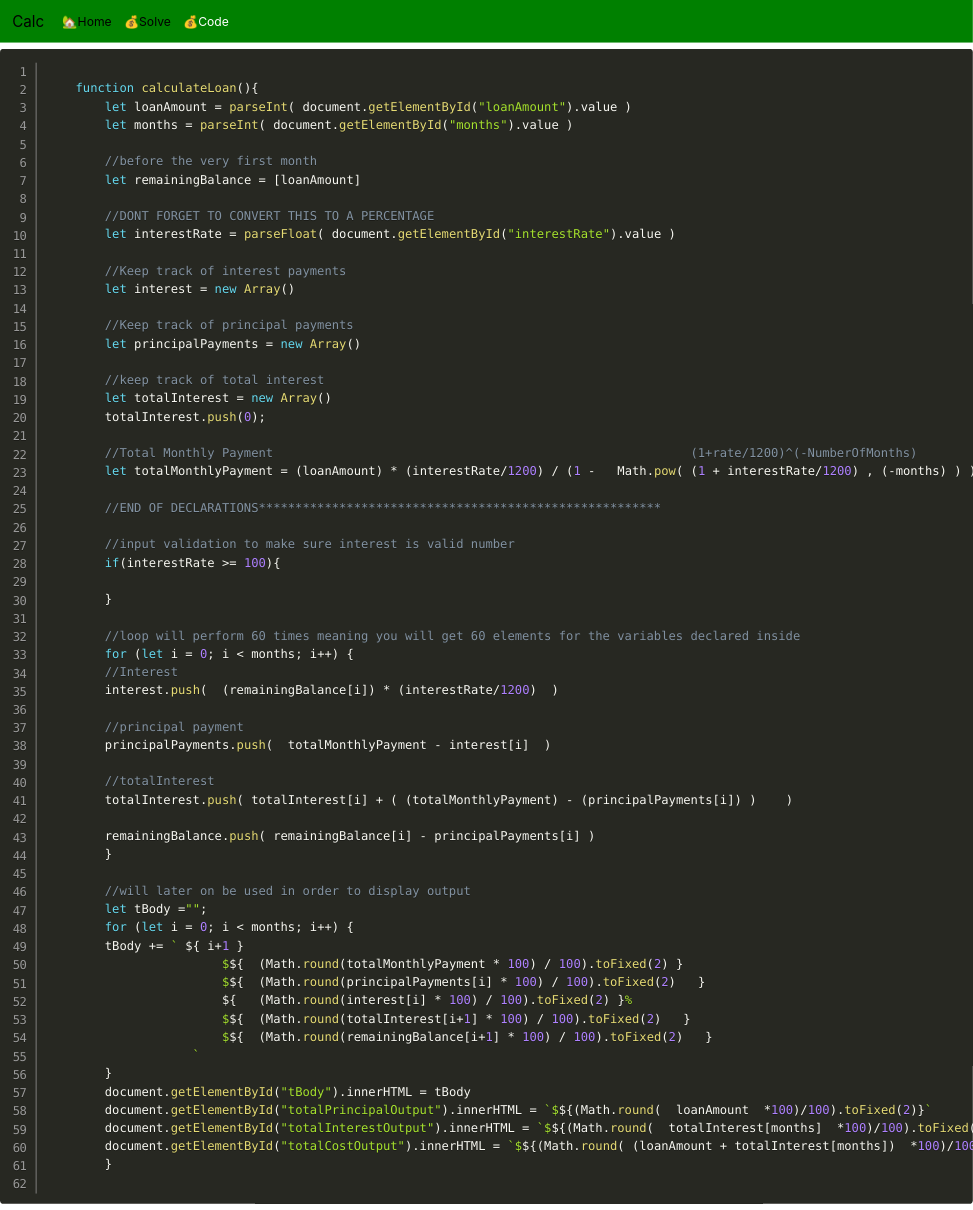
Repository: zhadjah9559/MortgageManager
Page: code.html
An editor plug-in stored every save of this project. The page is shown before and after the next save, followed by the edit.
The browser window is 1280 px wide. The pictures show the whole page, at 76% of full size.

Above is the page before, as saved 2021-01-17 14:24:29.

### code.html
<!doctype html>
<html lang="en">
  <head>
    <title>Mortgage Loan Calculator</title>
    <!-- Required meta tags -->
    <meta charset="utf-8">
    <meta name="viewport" content="width=device-width, initial-scale=1, shrink-to-fit=no">

    <!-- Bootstrap CSS -->
    <link rel="stylesheet" href="https://stackpath.bootstrapcdn.com/bootstrap/4.3.1/css/bootstrap.min.css" integrity="sha384-ggOyR0iXCbMQv3Xipma34MD+dH/1fQ784/j6cY/iJTQUOhcWr7x9JvoRxT2MZw1T" crossorigin="anonymous">
    <link rel="stylesheet" href="css/custom.css">
    <link rel="stylesheet" href="css/prism.css">
  </head>
  <body>

    <nav class="navbar navbar-expand-sm navbar-dark" style="background-color: green;">
        <a class="navbar-brand" href="#">Calc</a>
        <button class="navbar-toggler d-lg-none" type="button" data-toggle="collapse" data-target="#collapsibleNavId" aria-controls="collapsibleNavId"
            aria-expanded="false" aria-label="Toggle navigation"></button>
        <div class="collapse navbar-collapse" id="collapsibleNavId">
            <ul class="navbar-nav mr-auto mt-2 mt-lg-0">
                <li class="nav-item ">
                    <a class="nav-link" href="index.html">🏡Home</a>
                </li>
                <li class="nav-item">
                    <a class="nav-link" href="solve.html">💰Solve</a>
                </li>
                <li class="nav-item active">
                    <a class="nav-link" href="code.html">💰Code <span class="sr-only">(current)</span></a>
                </li>
            </ul>
        </div>
    </nav>

    <pre class="line-numbers language-javascript"><code class="language-javascript">
    function calculateLoan(){
        let loanAmount = parseInt( document.getElementById("loanAmount").value )
        let months = parseInt( document.getElementById("months").value )

        //before the very first month
        let remainingBalance = [loanAmount]

        //DONT FORGET TO CONVERT THIS TO A PERCENTAGE
        let interestRate = parseFloat( document.getElementById("interestRate").value )

        //Keep track of interest payments
        let interest = new Array()

        //Keep track of principal payments
        let principalPayments = new Array()

        //keep track of total interest
        let totalInterest = new Array()
        totalInterest.push(0);

        //Total Monthly Payment                                                         (1+rate/1200)^(-NumberOfMonths)
        let totalMonthlyPayment = (loanAmount) * (interestRate/1200) / (1 -   Math.pow( (1 + interestRate/1200) , (-months) ) )

        //END OF DECLARATIONS*******************************************************

        //input validation to make sure interest is valid number
        if(interestRate >= 100){

        }

        //loop will perform 60 times meaning you will get 60 elements for the variables declared inside
        for (let i = 0; i < months; i++) {
        //Interest
        interest.push(  (remainingBalance[i]) * (interestRate/1200)  )

        //principal payment
        principalPayments.push(  totalMonthlyPayment - interest[i]  )

        //totalInterest
        totalInterest.push( totalInterest[i] + ( (totalMonthlyPayment) - (principalPayments[i]) )    )

        remainingBalance.push( remainingBalance[i] - principalPayments[i] )
        }

        //will later on be used in order to display output
        let tBody ="";
        for (let i = 0; i < months; i++) {
        tBody += `<tr> <td>${ i+1 }</td>
                        <td>$${  (Math.round(totalMonthlyPayment * 100) / 100).toFixed(2) }</td>
                        <td>$${  (Math.round(principalPayments[i] * 100) / 100).toFixed(2)   }</td>
                        <td>${   (Math.round(interest[i] * 100) / 100).toFixed(2) }%</td>
                        <td>$${  (Math.round(totalInterest[i+1] * 100) / 100).toFixed(2)   }</td>
                        <td>$${  (Math.round(remainingBalance[i+1] * 100) / 100).toFixed(2)   }</td>
                    </tr>`
        }
        document.getElementById("tBody").innerHTML = tBody
        document.getElementById("totalPrincipalOutput").innerHTML = `$${(Math.round(  loanAmount  *100)/100).toFixed(2)}`
        document.getElementById("totalInterestOutput").innerHTML = `$${(Math.round(  totalInterest[months]  *100)/100).toFixed(2)}`
        document.getElementById("totalCostOutput").innerHTML = `$${(Math.round( (loanAmount + totalInterest[months])  *100)/100).toFixed(2)}`
        }
        </code></pre>

    <!-- Optional JavaScript -->
    <!-- jQuery first, then Popper.js, then Bootstrap JS -->
    <script src="https://code.jquery.com/jquery-3.3.1.slim.min.js" integrity="sha384-q8i/X+965DzO0rT7abK41JStQIAqVgRVzpbzo5smXKp4YfRvH+8abtTE1Pi6jizo" crossorigin="anonymous"></script>
    <script src="https://cdnjs.cloudflare.com/ajax/libs/popper.js/1.14.7/umd/popper.min.js" integrity="sha384-UO2eT0CpHqdSJQ6hJty5KVphtPhzWj9WO1clHTMGa3JDZwrnQq4sF86dIHNDz0W1" crossorigin="anonymous"></script>
    <script src="https://stackpath.bootstrapcdn.com/bootstrap/4.3.1/js/bootstrap.min.js" integrity="sha384-JjSmVgyd0p3pXB1rRibZUAYoIIy6OrQ6VrjIEaFf/nJGzIxFDsf4x0xIM+B07jRM" crossorigin="anonymous"></script>
    <script src="js/custom.js"></script>
    <script src="js/prism.js"></script>
  </body>
</html>

### css/custom.css
.navbar-dark .navbar-nav .active>.nav-link{
    color:white;
}
.navbar-dark .navbar-nav .nav-link{
    color:black;
}
.navbar .navbar-brand{
    color:black;
}

.indexContainer {
    width:860px;
    height:540px;
    position:absolute;
    top:60%;
    left:50%;
    margin-top:-320px;
    margin-left:-480px;
}

Loaded but not shown: js/prism.js (library); js/custom.js (60 lines, source omitted); css/prism.css (166 lines, source omitted)

After the next save:
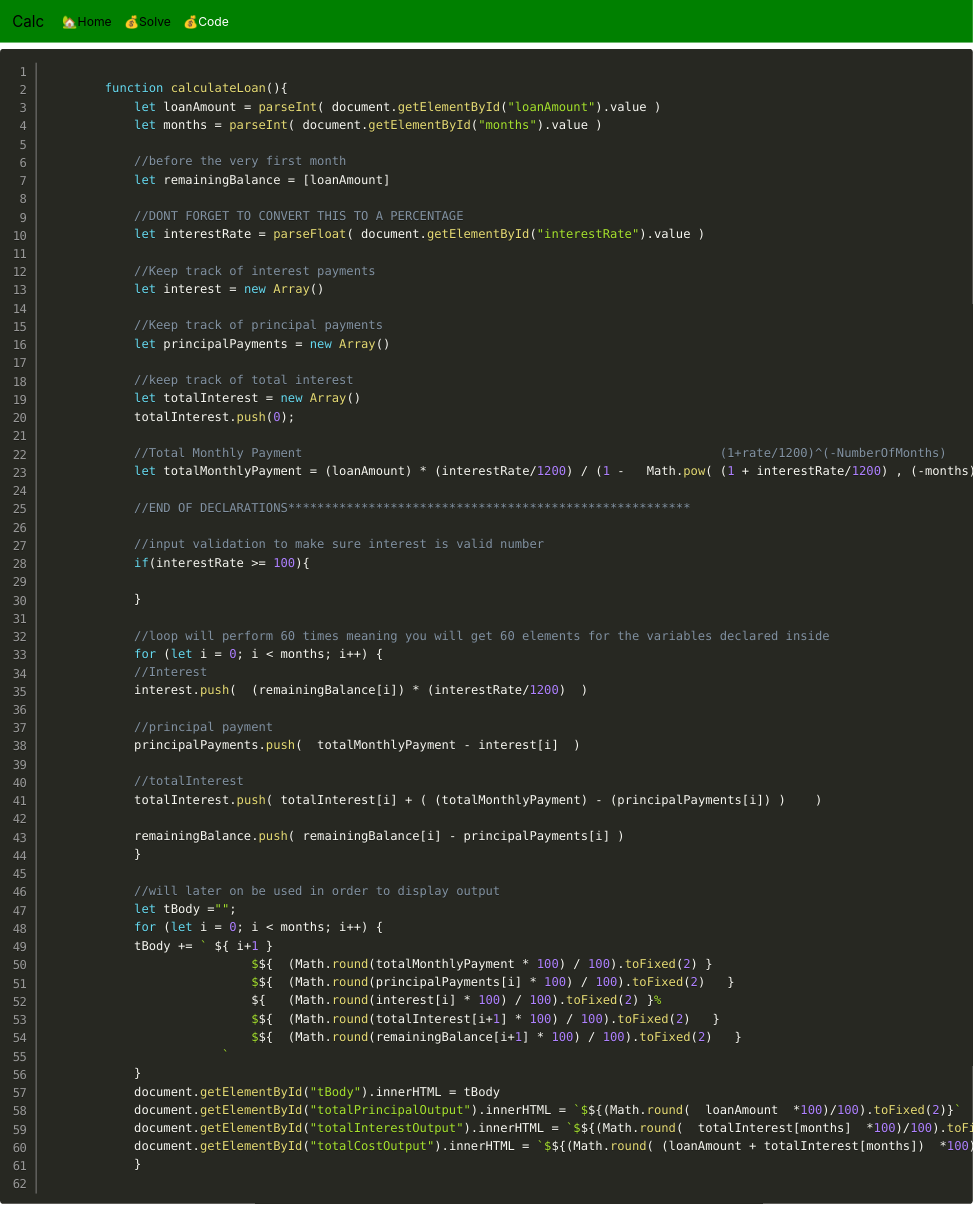
Saved 7 s later.
--- a/code.html
+++ b/code.html
@@ -33,66 +33,66 @@
     </nav>
 
     <pre class="line-numbers language-javascript"><code class="language-javascript">
-    function calculateLoan(){
-        let loanAmount = parseInt( document.getElementById("loanAmount").value )
-        let months = parseInt( document.getElementById("months").value )
+        function calculateLoan(){
+            let loanAmount = parseInt( document.getElementById("loanAmount").value )
+            let months = parseInt( document.getElementById("months").value )
 
-        //before the very first month
-        let remainingBalance = [loanAmount]
+            //before the very first month
+            let remainingBalance = [loanAmount]
 
-        //DONT FORGET TO CONVERT THIS TO A PERCENTAGE
-        let interestRate = parseFloat( document.getElementById("interestRate").value )
+            //DONT FORGET TO CONVERT THIS TO A PERCENTAGE
+            let interestRate = parseFloat( document.getElementById("interestRate").value )
 
-        //Keep track of interest payments
-        let interest = new Array()
+            //Keep track of interest payments
+            let interest = new Array()
 
-        //Keep track of principal payments
-        let principalPayments = new Array()
+            //Keep track of principal payments
+            let principalPayments = new Array()
 
-        //keep track of total interest
-        let totalInterest = new Array()
-        totalInterest.push(0);
+            //keep track of total interest
+            let totalInterest = new Array()
+            totalInterest.push(0);
 
-        //Total Monthly Payment                                                         (1+rate/1200)^(-NumberOfMonths)
-        let totalMonthlyPayment = (loanAmount) * (interestRate/1200) / (1 -   Math.pow( (1 + interestRate/1200) , (-months) ) )
+            //Total Monthly Payment                                                         (1+rate/1200)^(-NumberOfMonths)
+            let totalMonthlyPayment = (loanAmount) * (interestRate/1200) / (1 -   Math.pow( (1 + interestRate/1200) , (-months) ) )
 
-        //END OF DECLARATIONS*******************************************************
+            //END OF DECLARATIONS*******************************************************
 
-        //input validation to make sure interest is valid number
-        if(interestRate >= 100){
+            //input validation to make sure interest is valid number
+            if(interestRate >= 100){
 
-        }
+            }
 
-        //loop will perform 60 times meaning you will get 60 elements for the variables declared inside
-        for (let i = 0; i < months; i++) {
-        //Interest
-        interest.push(  (remainingBalance[i]) * (interestRate/1200)  )
+            //loop will perform 60 times meaning you will get 60 elements for the variables declared inside
+            for (let i = 0; i < months; i++) {
+            //Interest
+            interest.push(  (remainingBalance[i]) * (interestRate/1200)  )
 
-        //principal payment
-        principalPayments.push(  totalMonthlyPayment - interest[i]  )
+            //principal payment
+            principalPayments.push(  totalMonthlyPayment - interest[i]  )
 
-        //totalInterest
-        totalInterest.push( totalInterest[i] + ( (totalMonthlyPayment) - (principalPayments[i]) )    )
+            //totalInterest
+            totalInterest.push( totalInterest[i] + ( (totalMonthlyPayment) - (principalPayments[i]) )    )
 
-        remainingBalance.push( remainingBalance[i] - principalPayments[i] )
-        }
+            remainingBalance.push( remainingBalance[i] - principalPayments[i] )
+            }
 
-        //will later on be used in order to display output
-        let tBody ="";
-        for (let i = 0; i < months; i++) {
-        tBody += `<tr> <td>${ i+1 }</td>
-                        <td>$${  (Math.round(totalMonthlyPayment * 100) / 100).toFixed(2) }</td>
-                        <td>$${  (Math.round(principalPayments[i] * 100) / 100).toFixed(2)   }</td>
-                        <td>${   (Math.round(interest[i] * 100) / 100).toFixed(2) }%</td>
-                        <td>$${  (Math.round(totalInterest[i+1] * 100) / 100).toFixed(2)   }</td>
-                        <td>$${  (Math.round(remainingBalance[i+1] * 100) / 100).toFixed(2)   }</td>
-                    </tr>`
-        }
-        document.getElementById("tBody").innerHTML = tBody
-        document.getElementById("totalPrincipalOutput").innerHTML = `$${(Math.round(  loanAmount  *100)/100).toFixed(2)}`
-        document.getElementById("totalInterestOutput").innerHTML = `$${(Math.round(  totalInterest[months]  *100)/100).toFixed(2)}`
-        document.getElementById("totalCostOutput").innerHTML = `$${(Math.round( (loanAmount + totalInterest[months])  *100)/100).toFixed(2)}`
-        }
+            //will later on be used in order to display output
+            let tBody ="";
+            for (let i = 0; i < months; i++) {
+            tBody += `<tr> <td>${ i+1 }</td>
+                            <td>$${  (Math.round(totalMonthlyPayment * 100) / 100).toFixed(2) }</td>
+                            <td>$${  (Math.round(principalPayments[i] * 100) / 100).toFixed(2)   }</td>
+                            <td>${   (Math.round(interest[i] * 100) / 100).toFixed(2) }%</td>
+                            <td>$${  (Math.round(totalInterest[i+1] * 100) / 100).toFixed(2)   }</td>
+                            <td>$${  (Math.round(remainingBalance[i+1] * 100) / 100).toFixed(2)   }</td>
+                        </tr>`
+            }
+            document.getElementById("tBody").innerHTML = tBody
+            document.getElementById("totalPrincipalOutput").innerHTML = `$${(Math.round(  loanAmount  *100)/100).toFixed(2)}`
+            document.getElementById("totalInterestOutput").innerHTML = `$${(Math.round(  totalInterest[months]  *100)/100).toFixed(2)}`
+            document.getElementById("totalCostOutput").innerHTML = `$${(Math.round( (loanAmount + totalInterest[months])  *100)/100).toFixed(2)}`
+            }
         </code></pre>
 
     <!-- Optional JavaScript -->

After the save that followed:
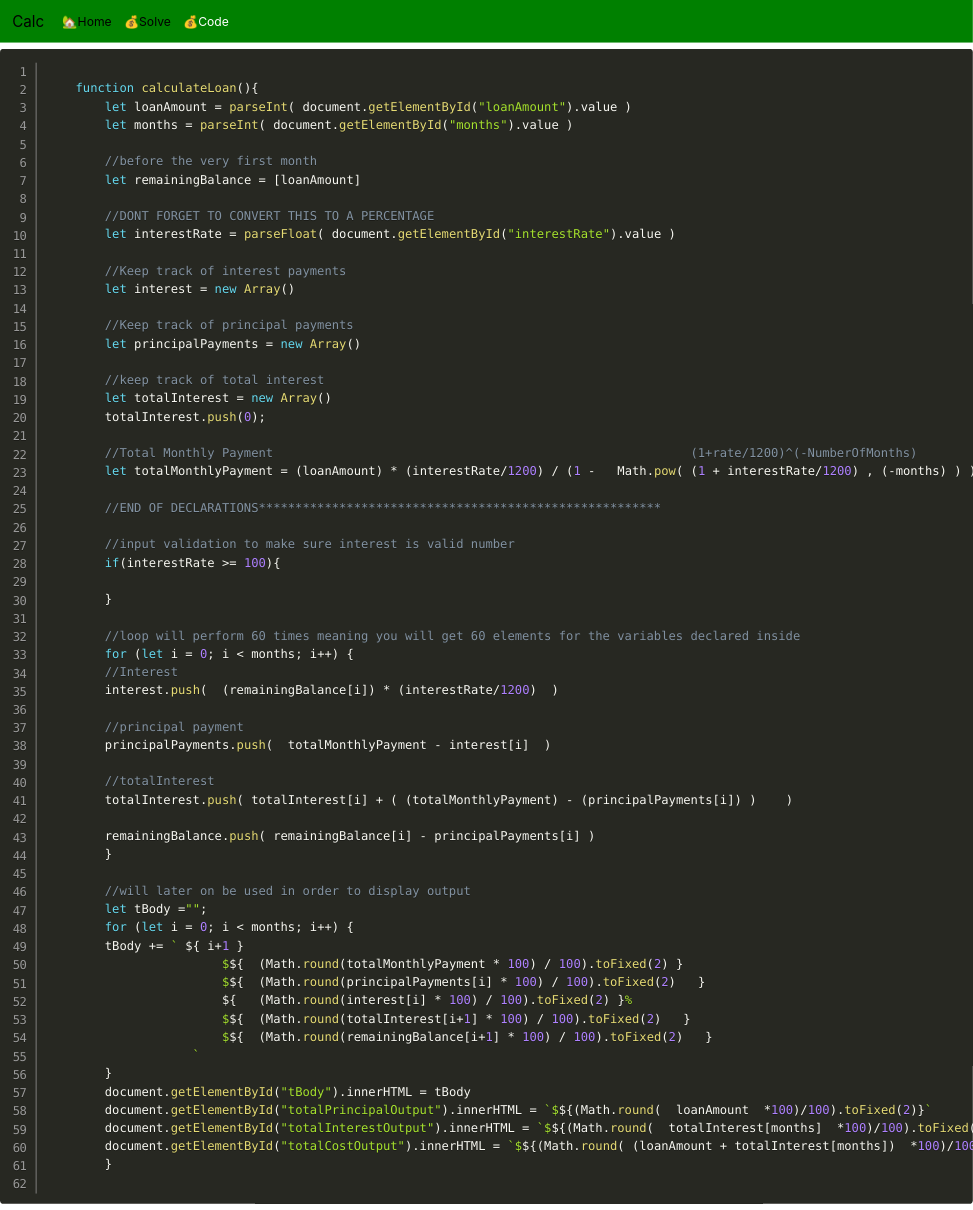
Saved 15 s later.
--- a/code.html
+++ b/code.html
@@ -33,66 +33,66 @@
     </nav>
 
     <pre class="line-numbers language-javascript"><code class="language-javascript">
-        function calculateLoan(){
-            let loanAmount = parseInt( document.getElementById("loanAmount").value )
-            let months = parseInt( document.getElementById("months").value )
+    function calculateLoan(){
+        let loanAmount = parseInt( document.getElementById("loanAmount").value )
+        let months = parseInt( document.getElementById("months").value )
 
-            //before the very first month
-            let remainingBalance = [loanAmount]
+        //before the very first month
+        let remainingBalance = [loanAmount]
 
-            //DONT FORGET TO CONVERT THIS TO A PERCENTAGE
-            let interestRate = parseFloat( document.getElementById("interestRate").value )
+        //DONT FORGET TO CONVERT THIS TO A PERCENTAGE
+        let interestRate = parseFloat( document.getElementById("interestRate").value )
 
-            //Keep track of interest payments
-            let interest = new Array()
+        //Keep track of interest payments
+        let interest = new Array()
 
-            //Keep track of principal payments
-            let principalPayments = new Array()
+        //Keep track of principal payments
+        let principalPayments = new Array()
 
-            //keep track of total interest
-            let totalInterest = new Array()
-            totalInterest.push(0);
+        //keep track of total interest
+        let totalInterest = new Array()
+        totalInterest.push(0);
 
-            //Total Monthly Payment                                                         (1+rate/1200)^(-NumberOfMonths)
-            let totalMonthlyPayment = (loanAmount) * (interestRate/1200) / (1 -   Math.pow( (1 + interestRate/1200) , (-months) ) )
+        //Total Monthly Payment                                                         (1+rate/1200)^(-NumberOfMonths)
+        let totalMonthlyPayment = (loanAmount) * (interestRate/1200) / (1 -   Math.pow( (1 + interestRate/1200) , (-months) ) )
 
-            //END OF DECLARATIONS*******************************************************
+        //END OF DECLARATIONS*******************************************************
 
-            //input validation to make sure interest is valid number
-            if(interestRate >= 100){
+        //input validation to make sure interest is valid number
+        if(interestRate >= 100){
 
-            }
+        }
 
-            //loop will perform 60 times meaning you will get 60 elements for the variables declared inside
-            for (let i = 0; i < months; i++) {
-            //Interest
-            interest.push(  (remainingBalance[i]) * (interestRate/1200)  )
+        //loop will perform 60 times meaning you will get 60 elements for the variables declared inside
+        for (let i = 0; i < months; i++) {
+        //Interest
+        interest.push(  (remainingBalance[i]) * (interestRate/1200)  )
 
-            //principal payment
-            principalPayments.push(  totalMonthlyPayment - interest[i]  )
+        //principal payment
+        principalPayments.push(  totalMonthlyPayment - interest[i]  )
 
-            //totalInterest
-            totalInterest.push( totalInterest[i] + ( (totalMonthlyPayment) - (principalPayments[i]) )    )
+        //totalInterest
+        totalInterest.push( totalInterest[i] + ( (totalMonthlyPayment) - (principalPayments[i]) )    )
 
-            remainingBalance.push( remainingBalance[i] - principalPayments[i] )
-            }
+        remainingBalance.push( remainingBalance[i] - principalPayments[i] )
+        }
 
-            //will later on be used in order to display output
-            let tBody ="";
-            for (let i = 0; i < months; i++) {
-            tBody += `<tr> <td>${ i+1 }</td>
-                            <td>$${  (Math.round(totalMonthlyPayment * 100) / 100).toFixed(2) }</td>
-                            <td>$${  (Math.round(principalPayments[i] * 100) / 100).toFixed(2)   }</td>
-                            <td>${   (Math.round(interest[i] * 100) / 100).toFixed(2) }%</td>
-                            <td>$${  (Math.round(totalInterest[i+1] * 100) / 100).toFixed(2)   }</td>
-                            <td>$${  (Math.round(remainingBalance[i+1] * 100) / 100).toFixed(2)   }</td>
-                        </tr>`
-            }
-            document.getElementById("tBody").innerHTML = tBody
-            document.getElementById("totalPrincipalOutput").innerHTML = `$${(Math.round(  loanAmount  *100)/100).toFixed(2)}`
-            document.getElementById("totalInterestOutput").innerHTML = `$${(Math.round(  totalInterest[months]  *100)/100).toFixed(2)}`
-            document.getElementById("totalCostOutput").innerHTML = `$${(Math.round( (loanAmount + totalInterest[months])  *100)/100).toFixed(2)}`
-            }
+        //will later on be used in order to display output
+        let tBody ="";
+        for (let i = 0; i < months; i++) {
+        tBody += `<tr> <td>${ i+1 }</td>
+                        <td>$${  (Math.round(totalMonthlyPayment * 100) / 100).toFixed(2) }</td>
+                        <td>$${  (Math.round(principalPayments[i] * 100) / 100).toFixed(2)   }</td>
+                        <td>${   (Math.round(interest[i] * 100) / 100).toFixed(2) }%</td>
+                        <td>$${  (Math.round(totalInterest[i+1] * 100) / 100).toFixed(2)   }</td>
+                        <td>$${  (Math.round(remainingBalance[i+1] * 100) / 100).toFixed(2)   }</td>
+                    </tr>`
+        }
+        document.getElementById("tBody").innerHTML = tBody
+        document.getElementById("totalPrincipalOutput").innerHTML = `$${(Math.round(  loanAmount  *100)/100).toFixed(2)}`
+        document.getElementById("totalInterestOutput").innerHTML = `$${(Math.round(  totalInterest[months]  *100)/100).toFixed(2)}`
+        document.getElementById("totalCostOutput").innerHTML = `$${(Math.round( (loanAmount + totalInterest[months])  *100)/100).toFixed(2)}`
+        }
         </code></pre>
 
     <!-- Optional JavaScript -->
